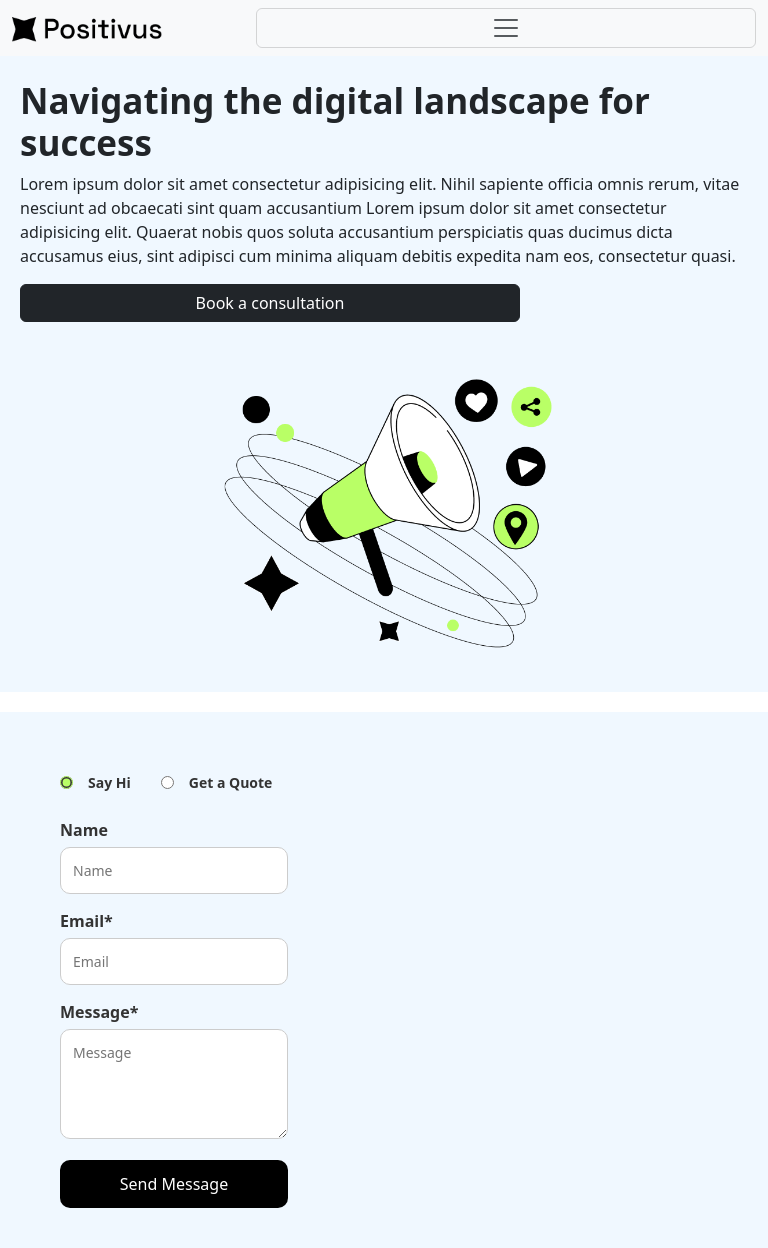
Repository: inshaabbas/CSS-Hackathon-SMIT
Page: index.html
An editor plug-in stored every save of this project. The page is shown before and after a run of saves, followed by the edit.
The browser window is 768 px wide. The pictures show the whole page.

Above is the page before, as saved 2025-06-25 10:17:54.

### index.html
<!DOCTYPE html>
<html lang="en">
<head>
    <meta charset="UTF-8">
    <meta name="viewport" content="width=device-width, initial-scale=1.0">
    <title>CSS Hackathon</title>
    <!-- Bootstrap CDN -->
     <link href="https://cdn.jsdelivr.net/npm/bootstrap@5.3.7/dist/css/bootstrap.min.css" rel="stylesheet" integrity="sha384-LN+7fdVzj6u52u30Kp6M/trliBMCMKTyK833zpbD+pXdCLuTusPj697FH4R/5mcr" crossorigin="anonymous">
    <!-- Font Awesome CDN -->
     <link rel="stylesheet" href="https://cdnjs.cloudflare.com/ajax/libs/font-awesome/6.7.2/css/all.min.css" integrity="sha512-Evv84Mr4kqVGRNSgIGL/F/aIDqQb7xQ2vcrdIwxfjThSH8CSR7PBEakCr51Ck+w+/U6swU2Im1vVX0SVk9ABhg==" crossorigin="anonymous" referrerpolicy="no-referrer"/>
    <!-- External Style Sheet -->
     <link rel="stylesheet" href="./style.css">
</head>
<body>
    <!-- Header Section Starts -->
    <header class="container-xxl">
      <div class="fixed-top">
         <nav class="navbar navbar-expand-lg bg-body-tertiary">
  <div class="container-fluid">
    <a class="navbar-brand" href="#"><img src="./Assets/logo.png" alt="Logo" width="150px"></a>
    <button class="navbar-toggler" type="button" data-bs-toggle="collapse" data-bs-target="#navbarSupportedContent" aria-controls="navbarSupportedContent" aria-expanded="false" aria-label="Toggle navigation">
      <span class="navbar-toggler-icon"></span>
    </button>
    <div class="collapse navbar-collapse" id="navbarSupportedContent">
      <ul class="navbar-nav ms-auto me-3 gap-4 mb-2 mb-lg-0">
        <li class="nav-item">
          <a class="nav-link active" aria-current="page" href="#">Aboutus</a>
        </li>
        <li class="nav-item">
          <a class="nav-link active" href="#">Services</a>
        </li>
        <li class="nav-item">
          <a class="nav-link active" aria-disabled="true">User Cases</a>
        </li>
        <li class="nav-item">
          <a class="nav-link active" aria-current="page" href="#">Pricing</a>
        </li>
        <li class="nav-item">
          <a class="nav-link active" aria-current="page" href="#">Blog</a>
        </li>
      </ul>
        <button class="btn btn-outline-dark" type="submit">Request a Quote</button>
      </form>
    </div>
  </div>
</nav>
      </div>
    </header>
    <!-- Header Section Ends -->

    <!-- Hero Section Starts -->
     <section class="hero-sec container-xxl">
        <div class="hero-text">
            <h2>Navigating the digital landscape for success</h2>
            <p>Lorem ipsum dolor sit amet consectetur adipisicing elit. Nihil sapiente officia omnis rerum, vitae nesciunt ad obcaecati sint quam accusantium Lorem ipsum dolor sit amet consectetur adipisicing elit. Quaerat nobis quos soluta accusantium perspiciatis quas ducimus dicta accusamus eius, sint adipisci cum minima aliquam debitis expedita nam eos, consectetur quasi.</p>
            <button type="button" class="btn btn-dark">Book a consultation</button>
        </div>
        <div class="hero-img">
            <img src="./Assets/hero-sec-img.png" alt="Hero Section Img" width="450px" height="330px">
        </div>
     </section>
    <!-- Hero Section Ends -->

     <!-- Contact section Starts -->
     <section class="contact-section container-xxl">
      <div class="contact-form">
        <form>
          <div class="radio-group">
            <label><input type="radio" name="purpose" checked>Say Hi</label>
            <label><input type="radio" name="purpose"> Get a Quote</label>
          </div>

          <div class="form-group">
            <label for="name">Name</label>
            <input type="text" id="name" name="name" placeholder="Name" required>
          </div>

          <div class="form-group">
            <label for="email">Email*</label>
            <input type="email" id="email" name="email" placeholder="Email" required>
          </div>

          <div class="form-group">
            <label for="message">Message*</label>
            <textarea id="message" name="message" placeholder="Message" rows="4" required></textarea>
          </div>

          <button type="submit">Send Message</button>
        </form>
       </div>
      <div class="contact-image">
        <img src="./Assets/Contact-img.png" alt="Contact img" width="400px">
      </div>
     </section>







<script src="https://cdn.jsdelivr.net/npm/@popperjs/core@2.11.8/dist/umd/popper.min.js" integrity="sha384-I7E8VVD/ismYTF4hNIPjVp/Zjvgyol6VFvRkX/vR+Vc4jQkC+hVqc2pM8ODewa9r" crossorigin="anonymous"></script>
<script src="https://cdn.jsdelivr.net/npm/bootstrap@5.3.7/dist/js/bootstrap.min.js" integrity="sha384-7qAoOXltbVP82dhxHAUje59V5r2YsVfBafyUDxEdApLPmcdhBPg1DKg1ERo0BZlK" crossorigin="anonymous"></script>
</body>
</html>

### style.css
.hover-img{
    transition: transform 0.3s ease;
}

.hover-img:hover{
    transform: scale(1.1);
}

.hero-sec{
    display: flex;
    justify-content: space-around;
    align-items: center;
    padding: 20px;
    height: 500px;
    background-color: aliceblue;
    padding-top: 80px;
}

.hero-text{
    width: 50%;
}

.hero-text h2{
    font-size: 35px;
    font-weight: bold;
}

@media screen and (max-width: 1010px) {
    .hero-img img{
        width: 350px;
        height: 300px;
    }
    .hero-sec{
        height: auto;
    }
}

@media screen and (max-width: 800px){
    .hero-sec{
        flex-direction: column;
        gap: 50px;
    }

    .hero-text{
    width: 100%;
}
}

/* Hero Section End */

/* Contact Section Starts */

.contact-section{
    display: flex;
    justify-content: space-between;
    /* height: 400px; */
    height: auto;
    background-color: aliceblue;
    margin-top: 20px;
    padding: 60px 0px 40px 20px
}

.contact-form{
    width: 100%;
    margin-left: 40px;
}

.radio-group {
  display: flex;
  gap: 30px;
  margin-bottom: 20px;
  font-size: 14px;
}

.radio-group label{
  display: flex;
  align-items: center;
  gap: 15px;
  font-size: 14px;
  color: #333;
  cursor: pointer;
  /* width: 100px; */
  white-space: nowrap
}


input[type="radio"] {
  accent-color: #b9ff66;
}

.form-group {
  margin-bottom: 15px;
}

label {
  display: block;
  margin-bottom: 5px;
  font-weight: bold;
  color: #333;
}

input,
textarea {
  width: 100%;
  max-width: 500px;
  padding: 12px;
  font-size: 14px;
  border: 1px solid #ccc;
  border-radius: 10px;
  box-sizing: border-box;
}

button {
  background-color: #000;
  color: #fff;
  border: none;
  padding: 12px;
  width: 100%;
  max-width: 500px;
  border-radius: 10px;
  font-size: 16px;
  cursor: pointer;
  transition: background-color 0.3s;
}

button:hover {
  background-color: #333;
}

.contact-image {
  flex: 1;
  text-align: right;
  min-width: 300px;
  overflow-x: hidden;
}

@media screen and (max-width: 890px){
    .contact-image img{
        display: none;
    }

    .contact-form{
        display: flex;
        jus
    }
}

After the next 2 saves:
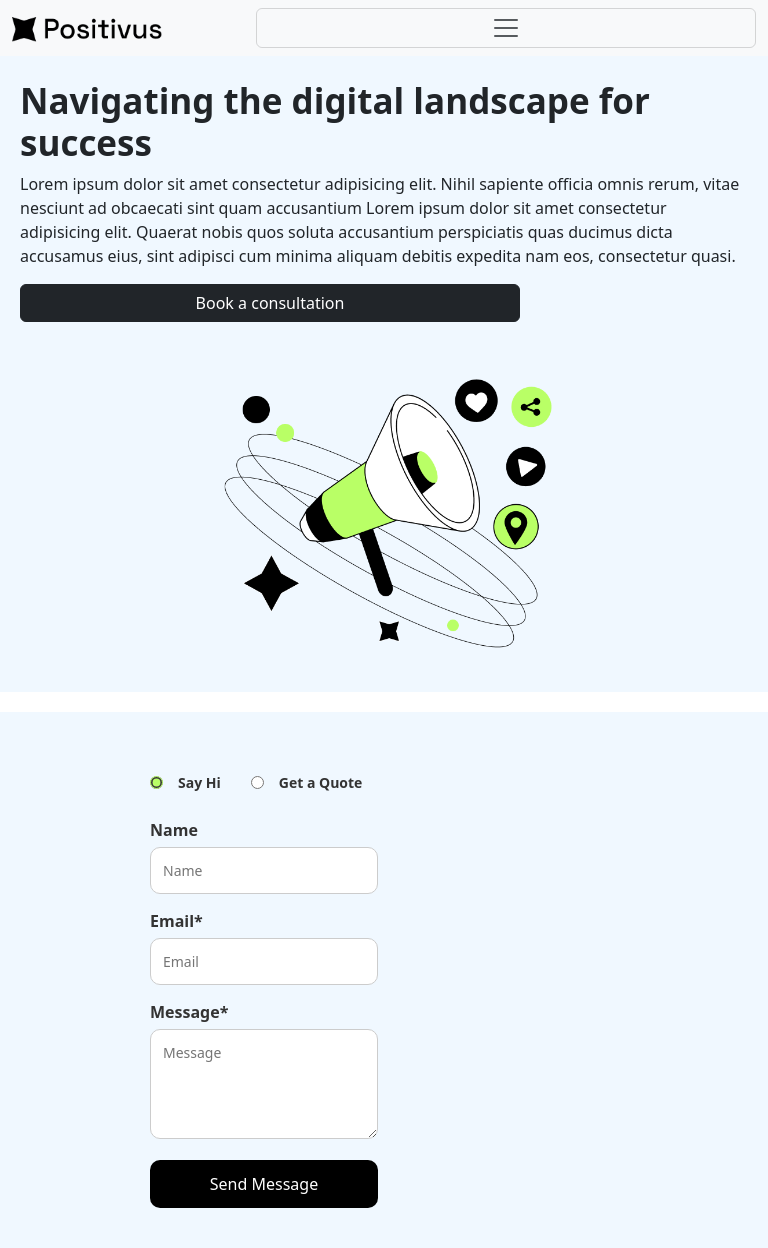
The 2 saves are shown as one change because they came seconds apart.
The last was saved 6 s later.
--- a/style.css
+++ b/style.css
@@ -141,6 +141,7 @@ button:hover {
 
     .contact-form{
         display: flex;
-        jus
+        justify-content: center;
+        align-items: center;
     }
 }
